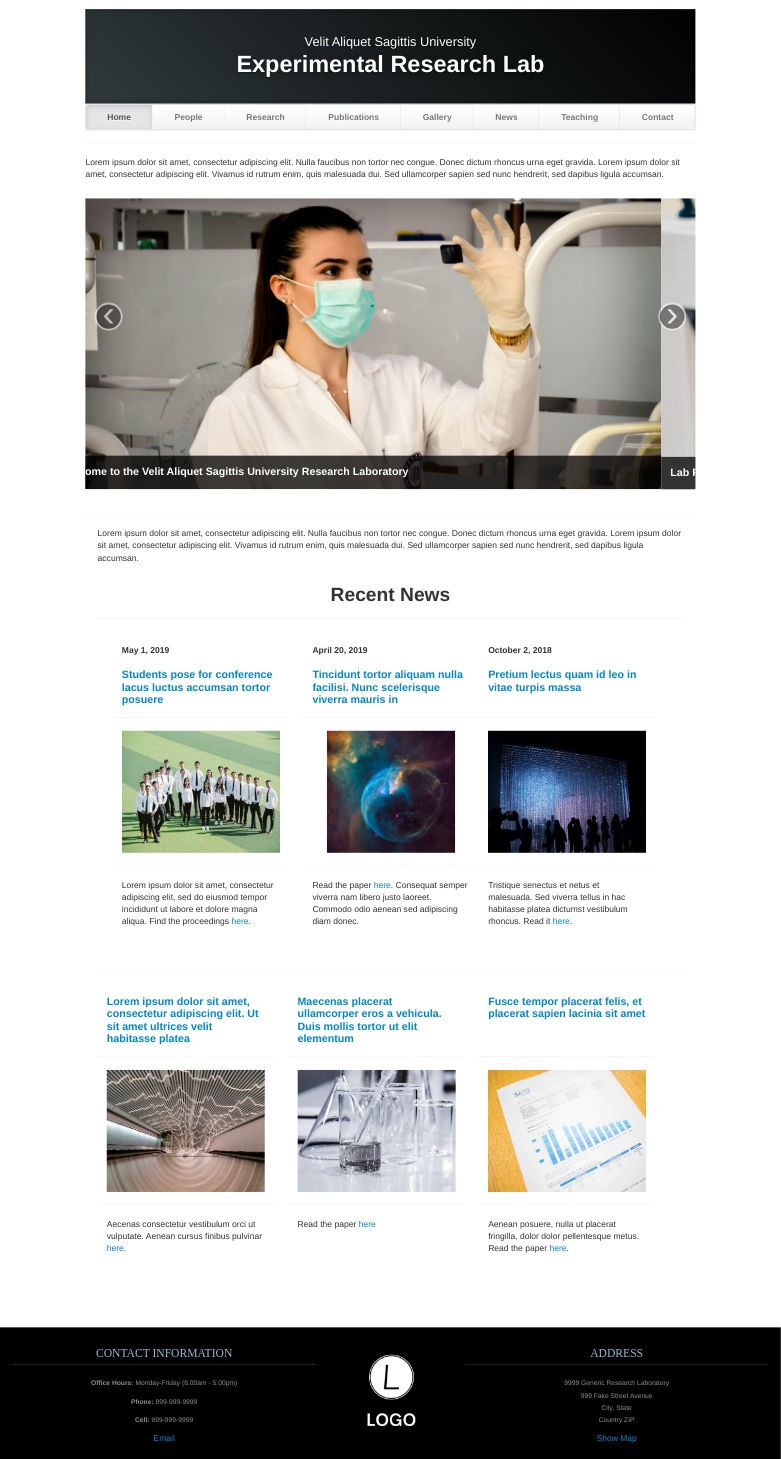
Repository: IAEUC/iaeuc.github.io
Page: index.html
An editor plug-in stored every save of this project. The page is shown before and after the next save, followed by the edit.
The browser window is 1280 px wide. The pictures show the whole page, at 61% of full size.

Above is the page before, as saved 2025-08-07 17:15:13.

After the next save:
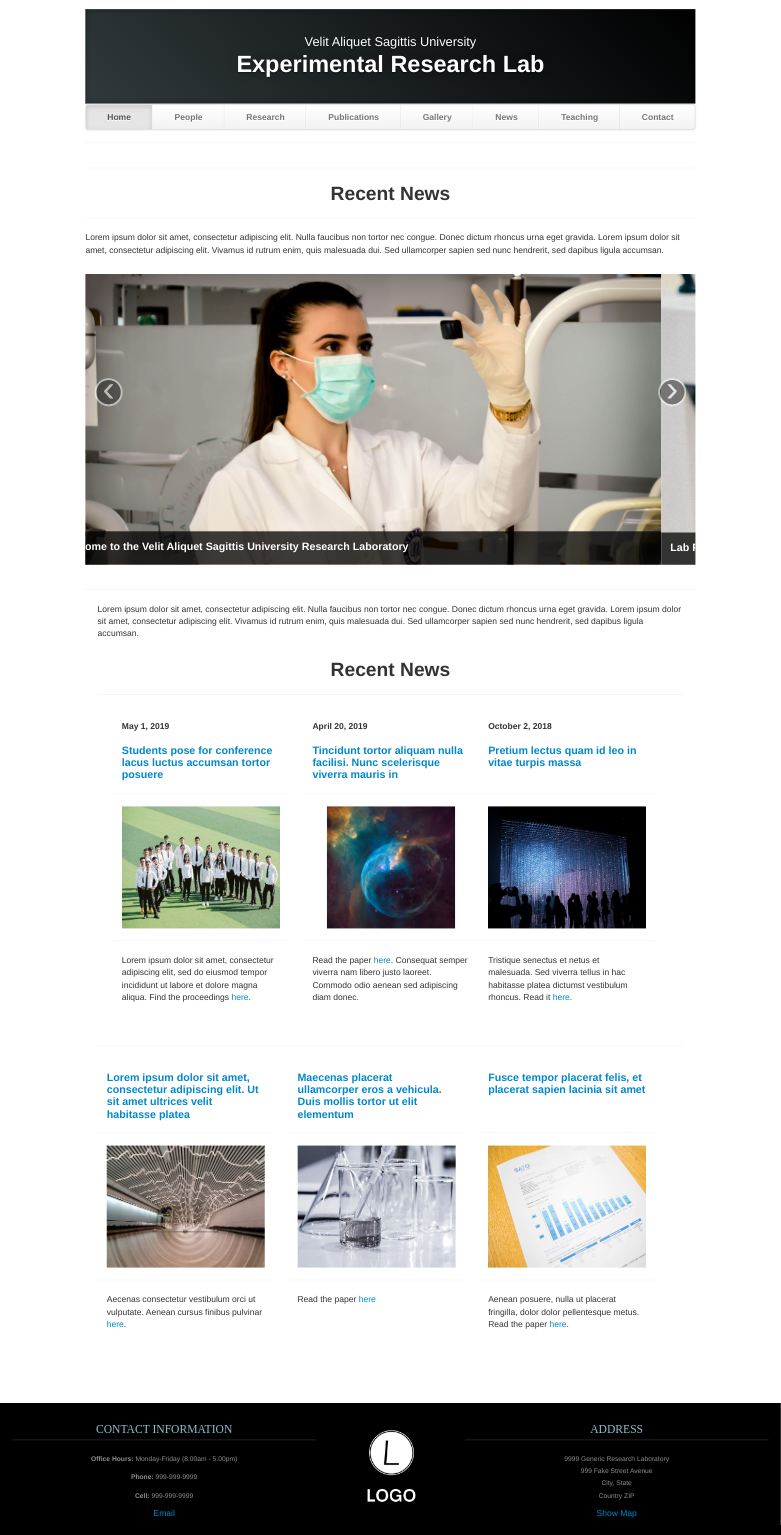
Saved 46 s later.
--- a/index.html
+++ b/index.html
@@ -37,6 +37,11 @@
          </div>
          <hr>
          <div class="row-fluid">
+                  <hr>
+                  <h2 class="centered">Recent News</h2>
+                  <hr>
+         </div>
+         <div class="row-fluid">
             <div class="span12">
                               <p>
                                  Lorem ipsum dolor sit amet, consectetur adipiscing elit. Nulla faucibus non tortor nec congue.
